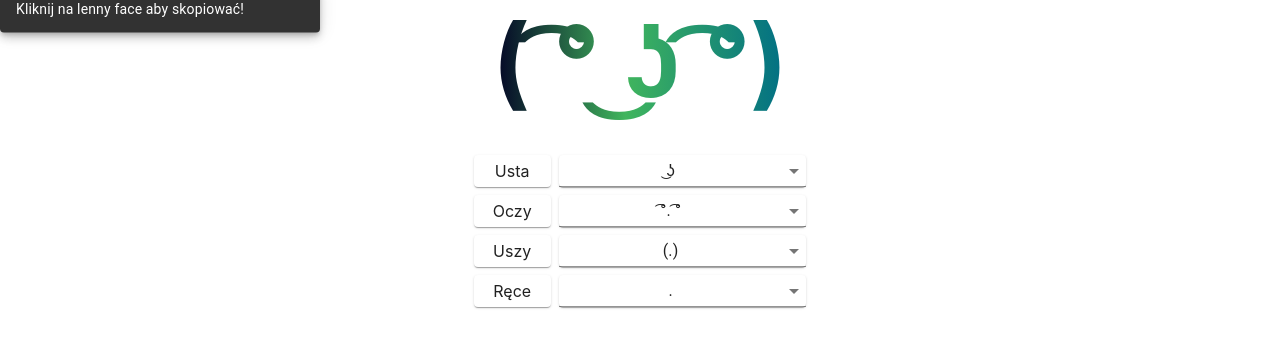
Repository: ogigg/react-Lenny-generator
Page: / (app in lenny-generator/)
These files come from the project's save history. The page is drawn as it stood at one moment and after the next save; the edit follows.
The browser window is 1280 px wide. The pictures show the whole page.
The project was rebuilt for these pictures with package versions that can differ from the ones it lists, and the page was loaded fresh each time.

Above is the page before, as saved 2019-12-12 23:56:30.

After the next save:
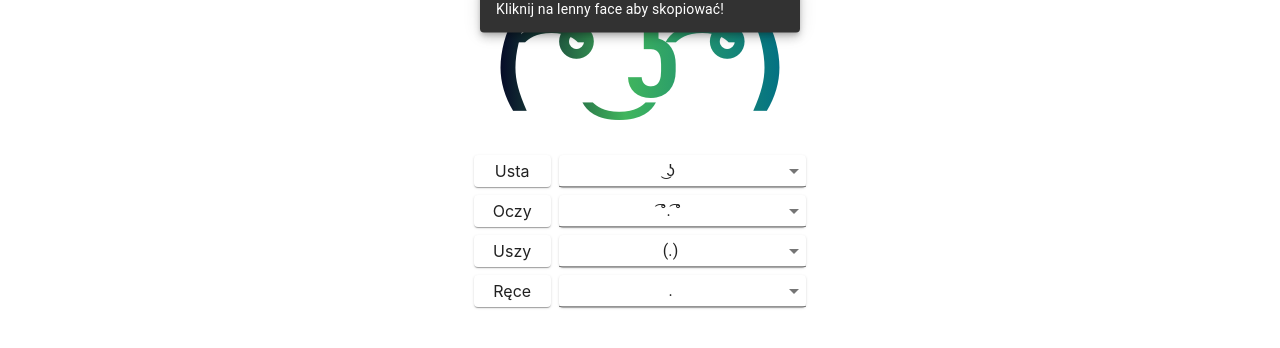
Saved 9 s later.
--- a/lenny-generator/src/lennyComponent.jsx
+++ b/lenny-generator/src/lennyComponent.jsx
@@ -14,7 +14,7 @@
           };
     }
     componentDidMount=()=>{
-        this.props.enqueueSnackbar('Kliknij na lenny face aby skopiować!',{anchorOrigin: {vertical: 'top',horizontal: 'top',}});
+        this.props.enqueueSnackbar('Kliknij na lenny face aby skopiować!',{anchorOrigin: {vertical: 'top',horizontal: 'center',}});
     }
     //enqueueSnackbar = useSnackbar();
     handleClick=()=>{
